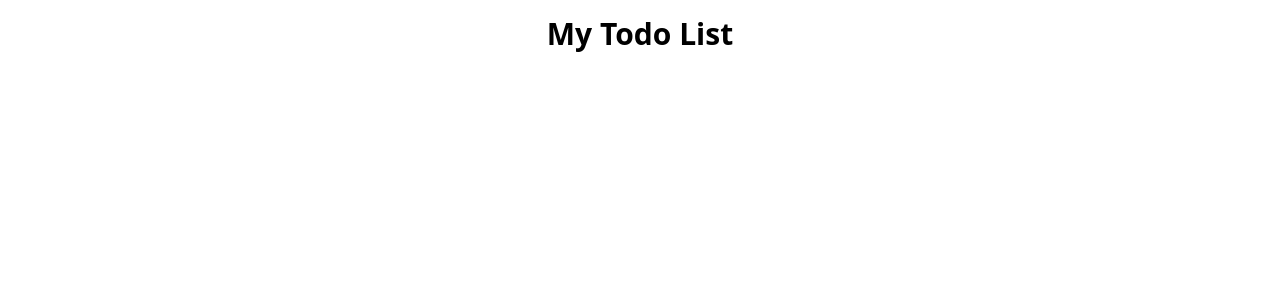
Repository: vgor15/todo-list
Page: /
The author's editor kept a copy of each file at every save. The page is drawn from the files as they stood at one save, then again after a run of saves.
The browser window is 1280 px wide. The pictures show the whole page.
The project was rebuilt for these pictures with package versions that can differ from the ones it lists, and the page was loaded fresh each time. The framework's server and built-in components were replaced by stand-ins that run in the browser. Also part of the build but not shown: next.config.js, next.config.mjs.

Above is the page before, as saved 2025-03-04 23:59:59.

### app/layout.js
import { Geist, Geist_Mono } from "next/font/google";
import "./globals.css";

const geistSans = Geist({
  variable: "--font-geist-sans",
  subsets: ["latin"],
});

const geistMono = Geist_Mono({
  variable: "--font-geist-mono",
  subsets: ["latin"],
});

export const metadata = {
  title: "Todo List",
  description: "Todo List created by Vyom-Gor",
};

export default function RootLayout({ children }) {
  return (
    <html lang="en">
      <body
        className={`${geistSans.variable} ${geistMono.variable} antialiased`}
      >
        {children}
      </body>
    </html>
  );
}

### app/page.js
import React from "react";

const page = () => {
  return (
    <>
      <h1 className="text-3xl font-bold text-center mt-4 mb-2">My Todo List</h1>
      <form>
        <input type="text" name="" id="" />
      </form>
    </>
  );
};

export default page;

Loaded but not shown: app/globals.css (common file)

After the next 7 saves:
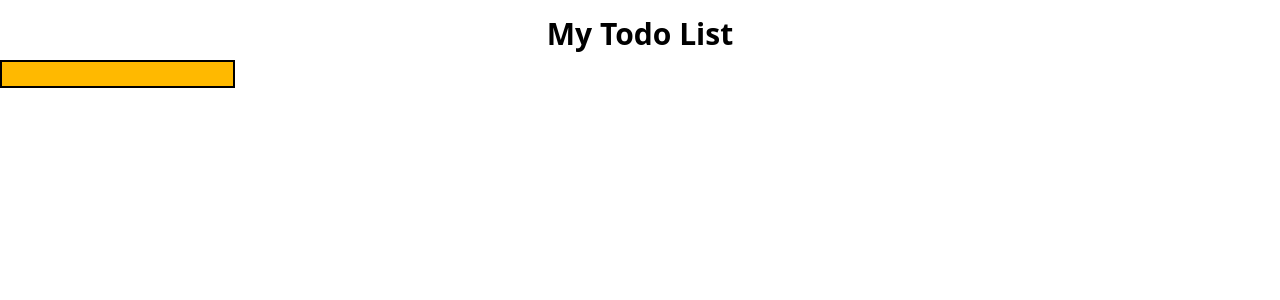
The 7 saves are shown as one change because they came seconds apart.
The last was saved 25 s later.
--- a/app/page.js
+++ b/app/page.js
@@ -5,7 +5,7 @@ const page = () => {
     <>
       <h1 className="text-3xl font-bold text-center mt-4 mb-2">My Todo List</h1>
       <form>
-        <input type="text" name="" id="" />
+        <input className="border-2 bg-amber-400" type="text" name="" id="" />
       </form>
     </>
   );
